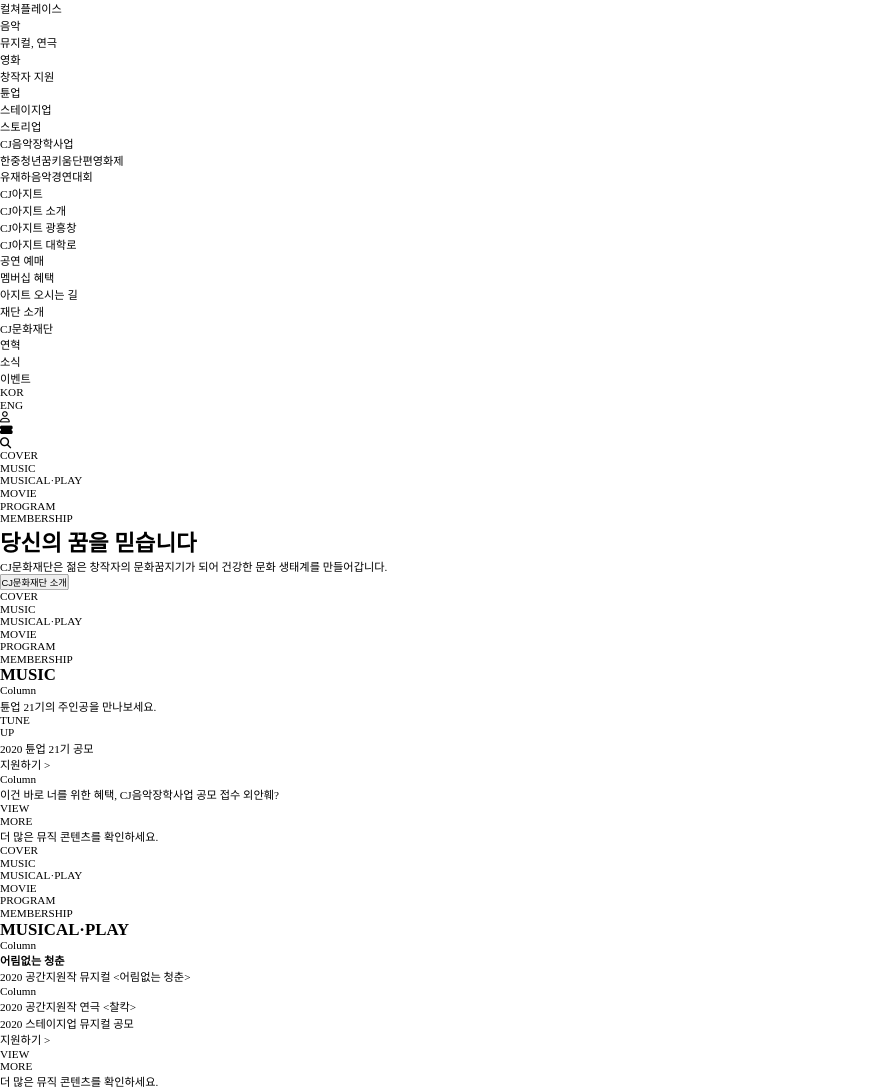
Repository: godcl1623/Tutorials
Page: 습작/CJazit/cjazit-index.html
The author's editor kept a copy of each file at every save. The page is drawn from the files as they stood at one save, then again after the next save.
The browser window is 1280 px wide. The pictures show the whole page, at 70% of full size.
Some web libraries are served in a nearby version.

Above is the page before, as saved 2021-01-12 21:22:33.

### 습작/CJazit/cjazit-index.html
<!DOCTYPE html>
<html lang="kr">
<head>
  <meta charset="UTF-8">
  <meta name="viewport" content="width=device-width, initial-scale=1.0">
  <title>CJ문화재단</title>
  <link rel="stylesheet" href="cjazit-style.css">
  <script src="https://kit.fontawesome.com/126dba6a94.js" crossorigin="anonymous"></script>
</head>
<body>
  <nav>
    <div class="logo-place"></div>
    <ul class="menu-main">
      <li>컬쳐플레이스
        <ul class="menu-sub">
          <li>음악</li>
          <li>뮤지컬, 연극</li>
          <li>영화</li>
        </ul>
      </li>
      <li>창작자 지원
        <ul class="menu-sub">
          <li>튠업</li>
          <li>스테이지업</li>
          <li>스토리업</li>
          <li>CJ음악장학사업</li>
          <li>한중청년꿈키움단편영화제</li>
          <li>유재하음악경연대회</li>
        </ul>
      </li>
      <li>CJ아지트
        <ul class="menu-sub">
          <li>CJ아지트 소개</li>
          <li>CJ아지트 광흥창</li>
          <li>CJ아지트 대학로</li>
          <li>공연 예매</li>
          <li>멤버십 혜택</li>
          <li>아지트 오시는 길</li>
        </ul>
      </li>
      <li>재단 소개
        <ul class="menu-sub">
          <li>CJ문화재단</li>
          <li>연혁</li>
          <li>소식</li>
          <li>이벤트</li>
        </ul>
      </li>
    </ul>
    <div class="utility">
      <div class="language">
        <span><p>KOR</p></span>
        <span><p>ENG</p></span>
      </div>
      <div class="utility-icons">
        <div><i class="far fa-user"></i></div>
        <div><i class="fas fa-ticket-alt"></i></div>
        <div><i class="fas fa-search"></i></div>
      </div>
    </div>
  </nav>
  <header>
    <ul class="sidebar">
      <li>COVER</li>
      <li>MUSIC</li>
      <li>MUSICAL·PLAY</li>
      <li>MOVIE</li>
      <li>PROGRAM</li>
      <li>MEMBERSHIP</li>
    </ul>
    <div class="main-image"></div>
    <div class="welcom-box">
      <h1>당신의 꿈을 믿습니다</h1>
      <p>CJ문화재단은 젊은 창작자의 문화꿈지기가 되어 건강한 문화 생태계를 만들어갑니다.</p>
      <button>CJ문화재단 소개</button>
    </div>
  </header>
  <article class="article1-music">
    <ul class="sidebar">
      <li>COVER</li>
      <li>MUSIC</li>
      <li>MUSICAL·PLAY</li>
      <li>MOVIE</li>
      <li>PROGRAM</li>
      <li>MEMBERSHIP</li>
    </ul>
    <div class="article-1-contents-wrapper">
      <h1>MUSIC</h1>
      <div class="article-1-images-wrapper">
        <div class="article-1-image-contents">
          <div class="article-1-image-commentary">
            <p>Column</p>
            <p>튠업 21기의 주인공을 만나보세요.</p>
          </div>
        </div>
        <div class="article-1-image-contents">
          <div class="article-1-image-commentary">
            <p>TUNE<br>UP</p>
            <p>2020 튠업 21기 공모</p>
            <p>지원하기 ></p>
          </div>
        </div>
        <div class="article-1-image-contents">
          <div class="article-1-image-commentary">
            <p>Column</p>
            <p>이건 바로 너를 위한 혜택, CJ음악장학사업 공모 접수 외안훼?</p>
          </div>
        </div>
        <div class="article-1-image-contents">
          <div class="article-1-image-commentary">
            <p>VIEW<br>MORE</p>
            <p>더 많은 뮤직 콘텐츠를 확인하세요.</p>
          </div>
        </div>
      </div>
    </div>
  </article>
  <article class="article2-musical-play">
    <ul class="sidebar">
      <li>COVER</li>
      <li>MUSIC</li>
      <li>MUSICAL·PLAY</li>
      <li>MOVIE</li>
      <li>PROGRAM</li>
      <li>MEMBERSHIP</li>
    </ul>
    <div class="article-2-contents-wrapper">
      <h1>MUSICAL·PLAY</h1>
      <div class="article-2-images-wrapper">
        <div class="article-2-image-contents">
          <div class="article-2-image-commentary">
            <p>Column</p>
            <h4>어림없는 청춘</h4>
            <p>2020 공간지원작 뮤지컬 &lt;어림없는 청춘&gt;</p>
          </div>
        </div>
        <div class="article-2-image-contents">
          <div class="article-2-image-commentary">
            <p>Column</p>
            <p>2020 공간지원작 연극 &lt;찰칵&gt;</p>
          </div>
        </div>
        <div class="article-2-image-contents">
          <div class="article-2-image-commentary">
            <p>2020 스테이지업 뮤지컬 공모</p>
            <p>지원하기 ></p>
          </div>
        </div>
        <div class="article-2-image-contents">
          <div class="article-2-image-commentary">
            <p>VIEW<br>MORE</p>
            <p>더 많은 뮤직 콘텐츠를 확인하세요.</p>
          </div>
        </div>
      </div>
    </div>
  </article>
  <article class="">

  </article>
  <article class="">

  </article>
  <article class="">

  </article>
  <footer>

  </footer>
</body>
</html>

### 습작/CJazit/cjazit-style.css
* {
  margin: 0;
  padding: 0;
}

ul,
ol,
li {
  list-style: none;
}

After the next save:
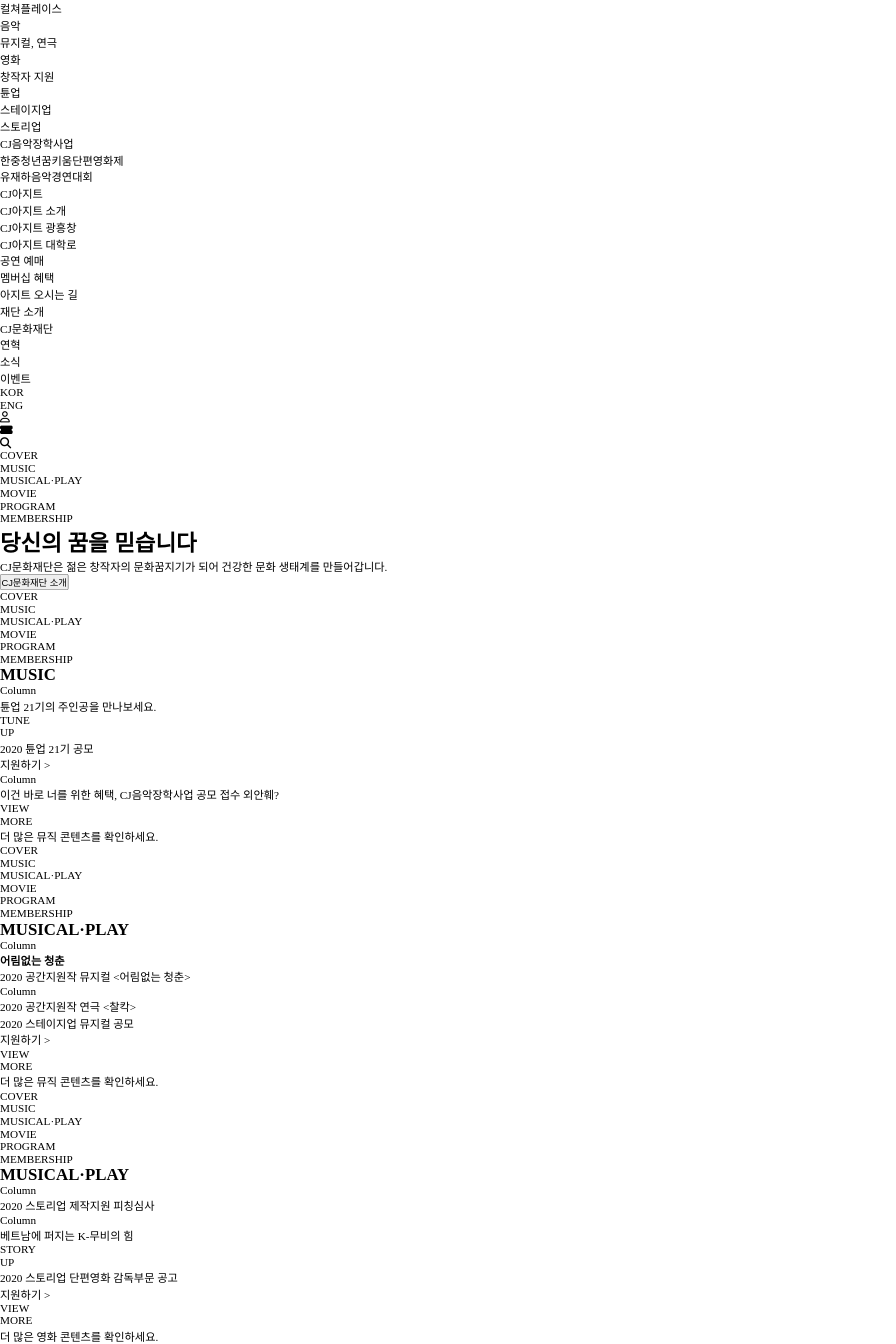
Saved 4 min 5 s later.
--- a/습작/CJazit/cjazit-index.html
+++ b/습작/CJazit/cjazit-index.html
@@ -155,8 +155,45 @@
       </div>
     </div>
   </article>
-  <article class="">
-
+  <article class="article-3-movie">
+    <ul class="sidebar">
+      <li>COVER</li>
+      <li>MUSIC</li>
+      <li>MUSICAL·PLAY</li>
+      <li>MOVIE</li>
+      <li>PROGRAM</li>
+      <li>MEMBERSHIP</li>
+    </ul>
+    <div class="article-3-contents-wrapper">
+      <h1>MUSICAL·PLAY</h1>
+      <div class="article-3-images-wrapper">
+        <div class="article-3-image-contents">
+          <div class="article-3-image-commentary">
+            <p>Column</p>
+            <p>2020 스토리업 제작지원 피칭심사</p>
+          </div>
+        </div>
+        <div class="article-3-image-contents">
+          <div class="article-3-image-commentary">
+            <p>Column</p>
+            <p>베트남에 퍼지는 K-무비의 힘</p>
+          </div>
+        </div>
+        <div class="article-3-image-contents">
+          <div class="article-3-image-commentary">
+            <p>STORY<br>UP</p>
+            <p>2020 스토리업 단편영화 감독부문 공고</p>
+            <p>지원하기 ></p>
+          </div>
+        </div>
+        <div class="article-3-image-contents">
+          <div class="article-3-image-commentary">
+            <p>VIEW<br>MORE</p>
+            <p>더 많은 영화 콘텐츠를 확인하세요.</p>
+          </div>
+        </div>
+      </div>
+    </div>
   </article>
   <article class="">
 
